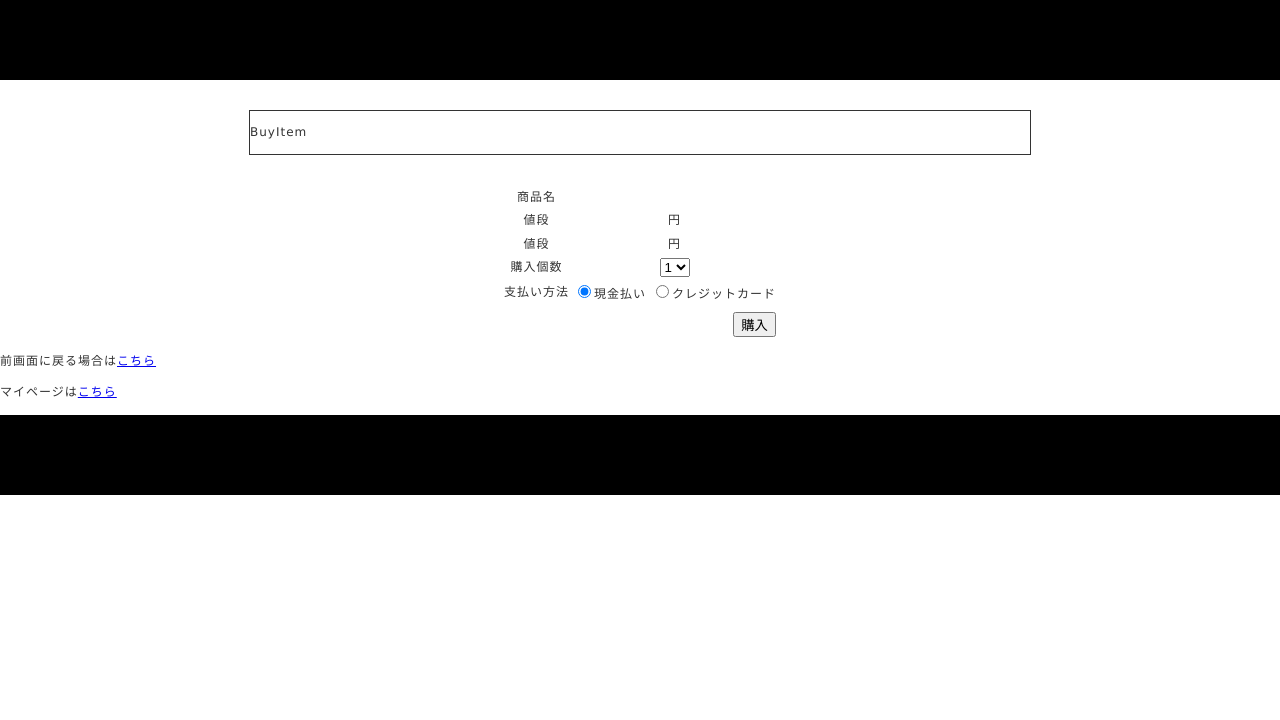
Repository: mjeeeex333/mjfile
Page: http://localhost/ecsite/LoginAction.action
These files come from the project's save history. The page is drawn as it stood at one moment and after the next save; the edit follows.
The browser window is 1280 px wide. The pictures show the whole page.
The page is served by Tomcat 9.

Above is the page before, as saved 2018-10-22 11:35:44.

After the next save:
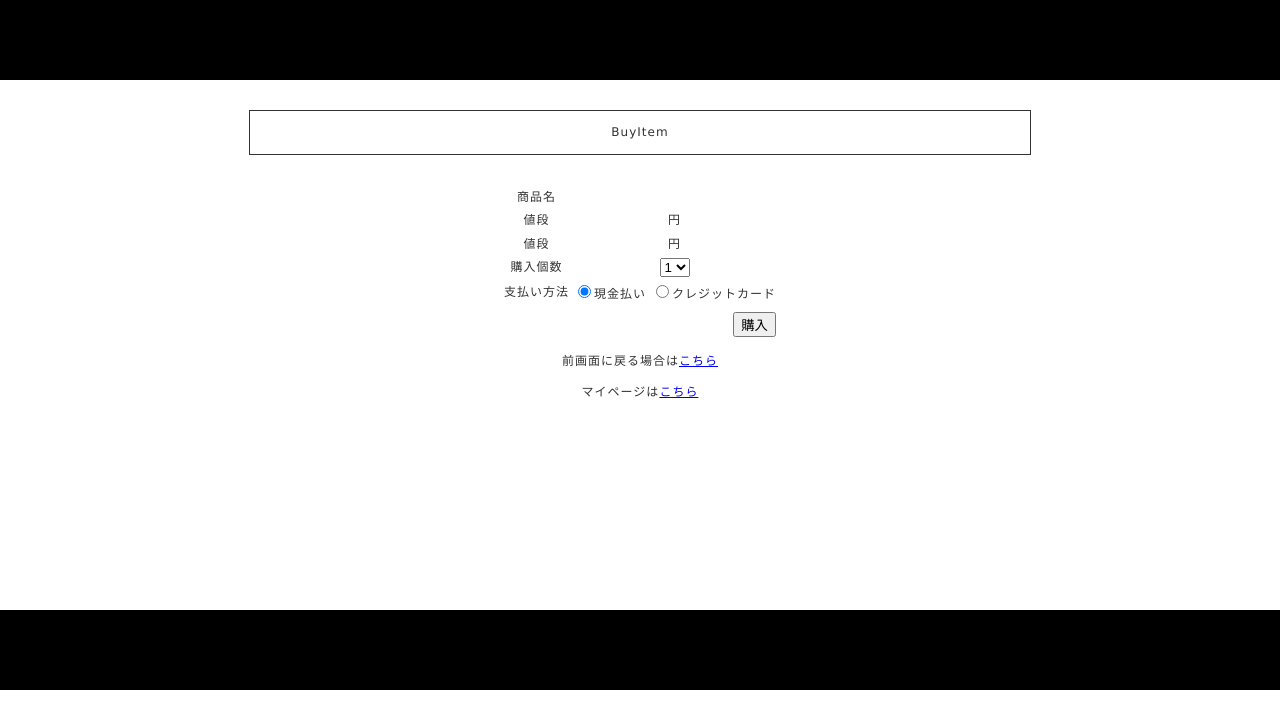
Saved 8 s later.
--- a/ecsite/WebContent/buyItem.jsp
+++ b/ecsite/WebContent/buyItem.jsp
@@ -45,6 +45,12 @@ border:1px solid #333;
 width:100%;
 height:80px;
 background-color:black;
+}
+
+#main {
+width: 100%;
+height: 500px;
+text-align: center;
 }
 
 #footer{
